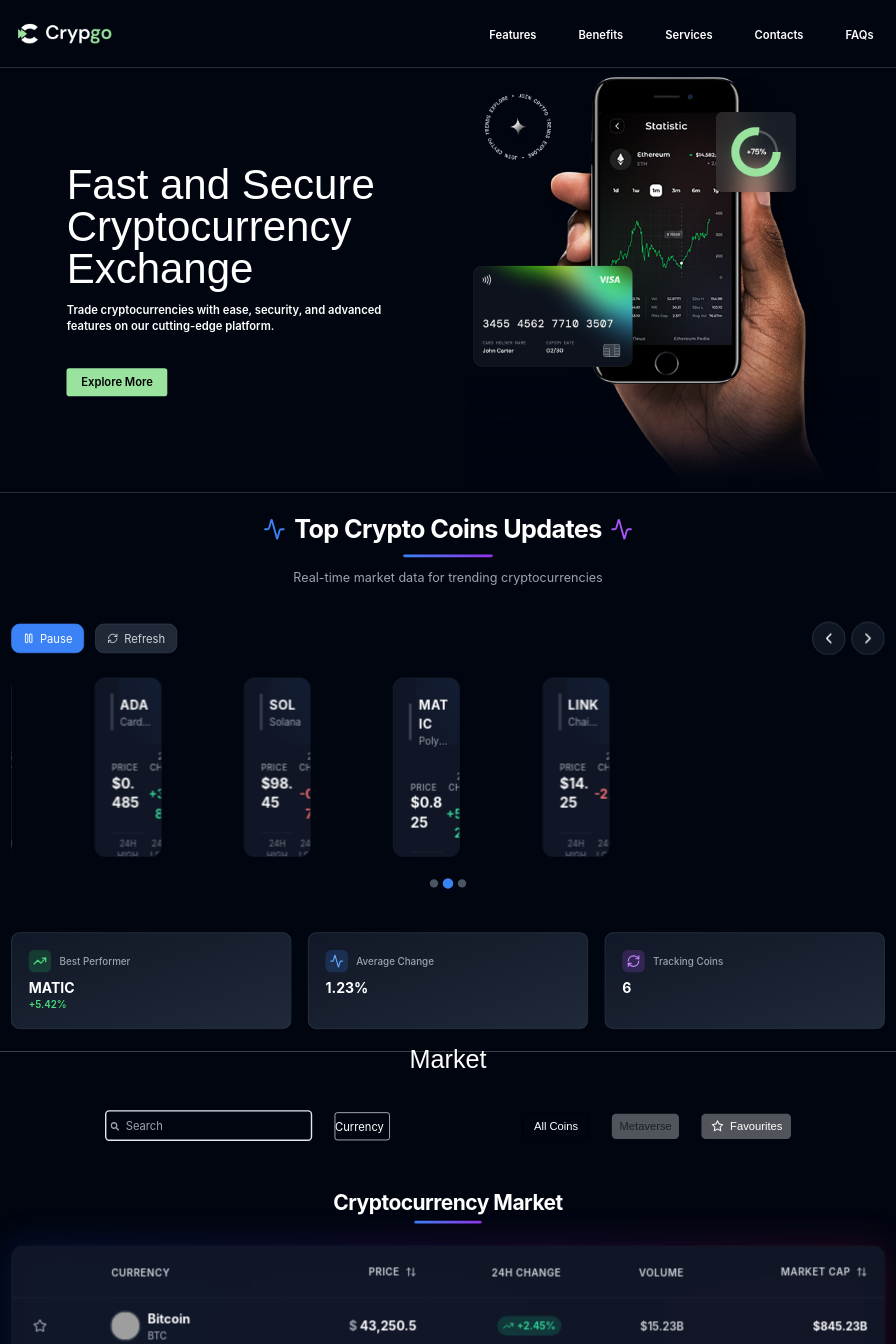
Repository: XaidenLabs/kingpad
Page: /
An editor plug-in stored every save of this project. The page is shown before and after the next save, followed by the edit.
The browser window is 1280 px wide. The pictures show the part of the page from y = 0 to 1920 px (the page is 3091 px tall), at 70% of full size.
Pictures or frames that could not be fetched are drawn as grey boxes. The page's requests for data from a server got no answer. The project was rebuilt for these pictures with package versions that can differ from the ones it lists, and the page was loaded fresh each time. The framework's server and built-in components were replaced by stand-ins that run in the browser. No one was signed in, and anything a server would have sent is missing. Also part of the build but not shown: next.config.js, src/styles/HomeComnponent.module.css.

Above is the page before, as saved 2025-09-06 19:31:14.

After the next save:
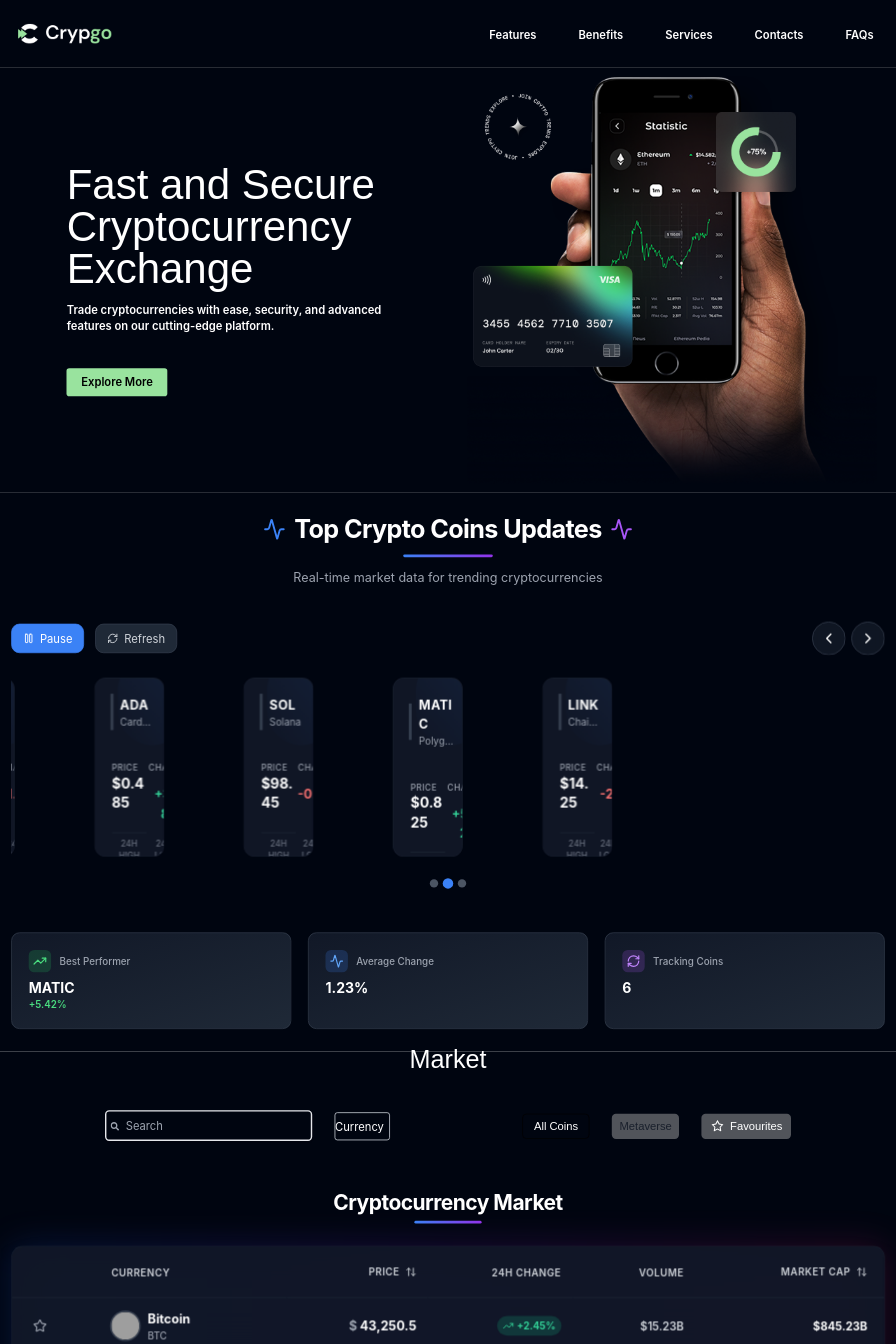
Saved 2 min 29 s later.
--- a/src/components/CoinDetailPageComponents/TrendingCoins.tsx
+++ b/src/components/CoinDetailPageComponents/TrendingCoins.tsx
@@ -167,7 +167,7 @@ const TrendingCoins = () => {
         <div className="absolute -inset-1 bg-gradient-to-r from-blue-600 via-purple-600 to-pink-600 rounded-2xl blur opacity-0 group-hover:opacity-75 transition duration-500"></div>
 
         {/* Main card */}
-        <div className="relative w-24 bg-gray-900/95 backdrop-blur-xl rounded-2xl border border-gray-800/50 p-6 h-64 flex flex-col justify-between overflow-hidden">
+        <div className="relative w-[100px] bg-gray-900/95 backdrop-blur-xl rounded-2xl border border-gray-800/50 p-6 h-64 flex flex-col justify-between overflow-hidden">
           {/* Background pattern */}
           <div className="absolute top-0 right-0 w-32 h-32 bg-gradient-to-bl from-blue-500/10 to-transparent rounded-full transform translate-x-8 -translate-y-8"></div>
 
